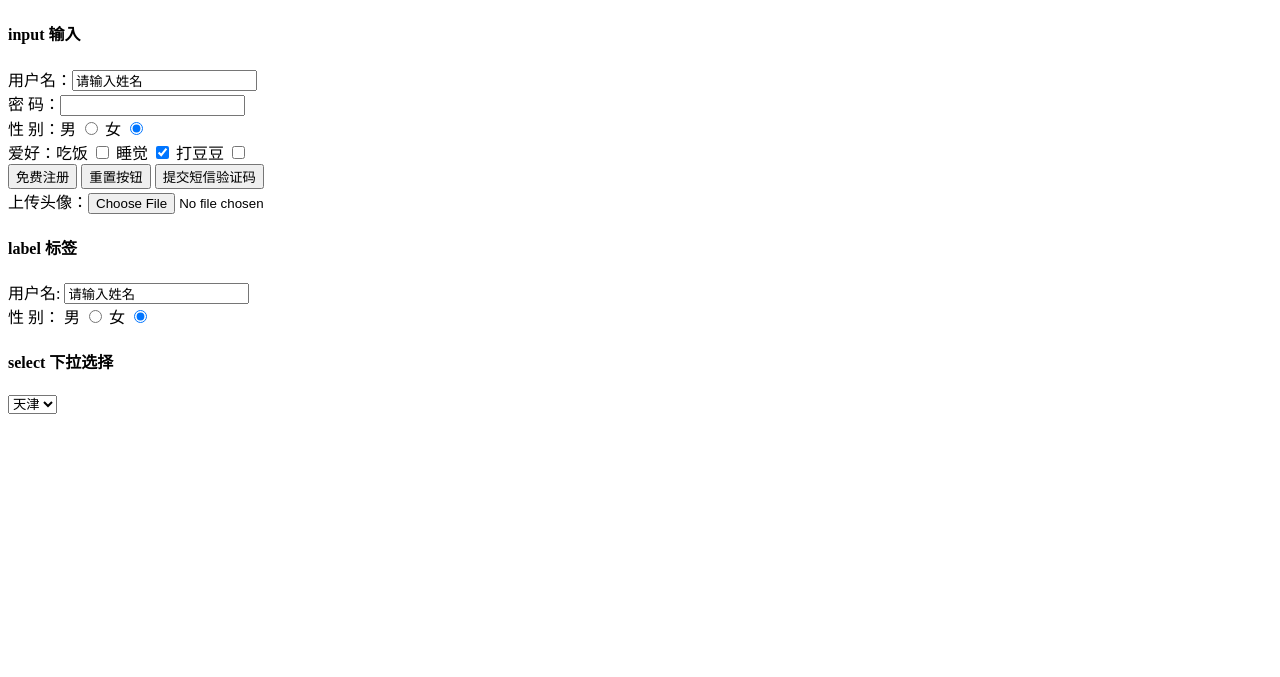
Repository: zhengdeya/web-based
Page: 09-表单.html
The author's editor kept a copy of each file at every save. The page is drawn from the files as they stood at one save, then again after the next save.
The browser window is 1280 px wide. The pictures show the whole page.

Above is the page before, as saved 2021-03-25 11:21:18.

After the next save:
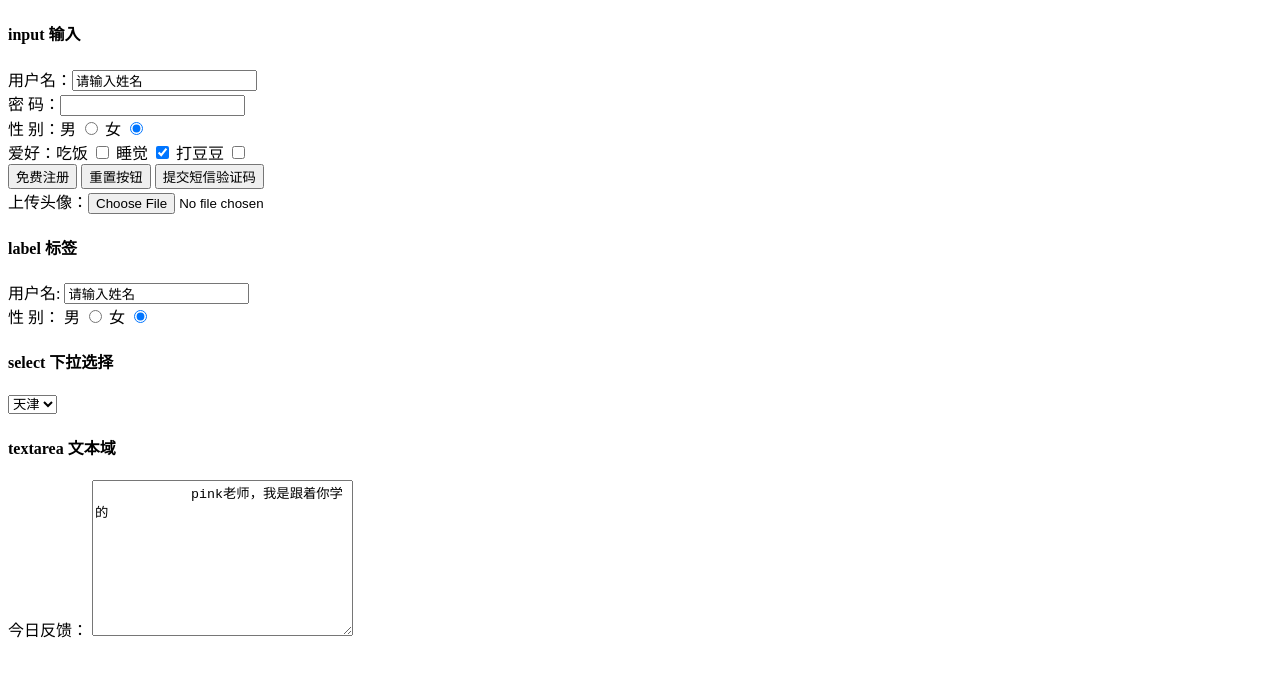
Saved 3 min 5 s later.
--- a/09-表单.html
+++ b/09-表单.html
@@ -56,6 +56,12 @@
             <option value="">天庭</option>
         </select>
 
+        <h4>textarea 文本域</h4>
+        今日反馈：
+        <textarea name="" id="" cols="30" rows="10">
+            pink老师，我是跟着你学的
+        </textarea>
+
     </form>
 </body>
 
